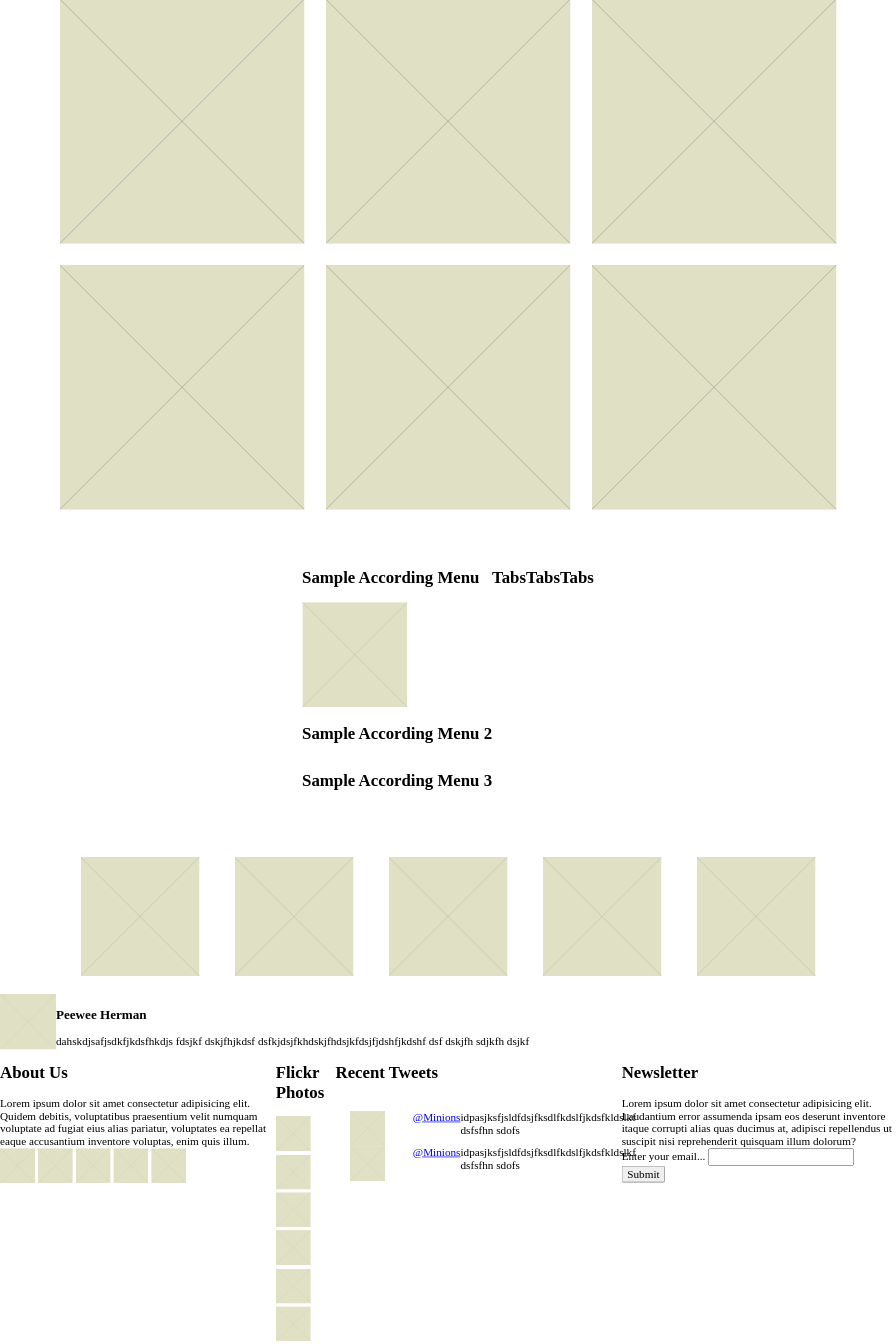
Repository: ReallyNguyen/responsive-web
Page: index.html
An editor plug-in stored every save of this project. The page is shown before and after the next save, followed by the edit.
The browser window is 1280 px wide. The pictures show the part of the page from y = 1046 to 2966 px (the page is 2966 px tall), at 70% of full size.

Above is the page before, as saved 2023-01-25 22:25:41.

### index.html
<!doctype html>
<html class="no-js" lang="">

<head>
  <meta charset="utf-8">
  <title></title>
  <meta name="description" content="">
  <meta name="viewport" content="width=device-width, initial-scale=1">

  <meta property="og:title" content="">
  <meta property="og:type" content="">
  <meta property="og:url" content="">
  <meta property="og:image" content="">

  <link rel="manifest" href="site.webmanifest">
  <link rel="apple-touch-icon" href="icon.png">
  <!-- Place favicon.ico in the root directory -->

  <link rel="stylesheet" href="css/normalize.css">
  <link rel="stylesheet" href="css/main.css">

  <meta name="theme-color" content="#fafafa">
</head>

<body>
  <header>
    <div class="nav-bar">
      <h1 class="company-name" >Metrolics</h1>
      <img class="logo" src="placeholder.svg" alt="company logo" width="50" height="50">
      <img class="accordian" src="placeholder.svg" alt="accordian here" width="50" height="50">

    </div>

    <div class="introduction">
      <h1> Hey guys! This is the Metrolics theme. It sports a responsive layout with a mobile layout.</h1>
    </div>


  </header>



  <article>

    <div class="Title">
      <h1>
        Things we do
      </h1>
      <p>
        ask what we do
      </p>
    </div>

    <main>

      <div class="Contents">
        <div class="Content">
          <img src="placeholder.svg" alt="" width="50" height="50">
          <div class="Description">
            <h4 class="topic">
              Web Solution
            </h4>
            <p> ajisdjsad</p>
          </div>
        </div>

        <div class="Content">
          <img src="placeholder.svg" alt="" width="50" height="50">
          <div class="Description">
            <h4 class="topic">
              Photography
            </h4>
            <p> ajisdjsad</p>
          </div>
        </div>

        <div class="Content">
          <img src="placeholder.svg" alt="" width="50" height="50">
          <div class="Description">
            <h4 class="topic">
              Web Development
            </h4>
            <p> ajisdjsad</p>
          </div>
        </div>

        <div class="Content">
          <img src="placeholder.svg" alt="" width="50" height="50">
          <div class="Description">
            <h4 class="topic">
              Web Design
            </h4>
            <p> ajisdjsad</p>
          </div>
        </div>



      </div>

      <div class="whats_up_lately">

        <div class="Title">
          <h1>
            What's up lately?
          </h1>
          <p>
            Read up on our latest work
          </p>
        </div>

        <div class="Boxes">
          <img class="Sample" src="placeholder.svg" alt="" width="360" height="360">
          <img class="Sample" src="placeholder.svg" alt="" width="360" height="360">
          <img class="Sample" src="placeholder.svg" alt="" width="360" height="360">
        </div>
      </div>

      <div class="our_latest_projects">

        <div class="Title">
          <h1>
            Our Latest Projects
          </h1>
          <p>
            Client happy? We are happy.
          </p>
        </div>

        <div class="Boxes">
          <img class="Sample" src="placeholder.svg" alt="">
          <img class="Sample" src="placeholder.svg" alt="">
          <img class="Sample" src="placeholder.svg" alt="">
          <img class="Sample" src="placeholder.svg" alt="">
          <img class="Sample" src="placeholder.svg" alt="">
          <img class="Sample" src="placeholder.svg" alt="">
        </div>
      </div>

      <div class="Bottom">
        <div class="Menu">
          <div class="Menu1">
            <h2>Sample According Menu</h2>
            <div class="Desc-Menu1"></div>
            <img src="placeholder.svg" alt="" width="150" height="150">
          </div>
          <h2>Sample According Menu 2</h2>
          <h2>Sample According Menu 3</h2>
        </div>
        <div class="Tabs">
          <h2>Tabs</h2>
          <h2>Tabs</h2>
          <h2>Tabs</h2>
        </div>
      </div>

      <div class="Companies">
        <img class="Companies-Logo" src="placeholder.svg" alt="">
        <img class="Companies-Logo" src="placeholder.svg" alt="">
        <img class="Companies-Logo" src="placeholder.svg" alt="">
        <img class="Companies-Logo" src="placeholder.svg" alt="">
        <img class="Companies-Logo" src="placeholder.svg" alt="">
      </div>


      <footer>

        <div class="founder">
          <img src="placeholder.svg" alt="" width="80" height="80">
          <div class="intro-text-box">
            <h3> Peewee Herman </h3>
            <p> dahskdjsafjsdkfjkdsfhkdjs fdsjkf dskjfhjkdsf dsfkjdsjfkhdskjfhdsjkfdsjfjdshfjkdshf dsf dskjfh sdjkfh dsjkf</p>
         </div>
        </div>



    <div class="footer-boxes">
      <div class="about-us">
        <h2> About Us</h2>
        <div class="about-us-box">
          <p> Lorem ipsum dolor sit amet consectetur adipisicing elit. Quidem debitis, voluptatibus praesentium velit numquam voluptate ad fugiat eius alias pariatur, voluptates ea repellat eaque accusantium inventore voluptas, enim quis illum.</p>
          <div class="media">
            <img class="social-media" src="placeholder.svg" alt="" width="50" height="50">
            <img class="social-media" src="placeholder.svg" alt="" width="50" height="50">
            <img class="social-media" src="placeholder.svg" alt="" width="50" height="50">
            <img class="social-media" src="placeholder.svg" alt="" width="50" height="50">
            <img class="social-media" src="placeholder.svg" alt="" width="50" height="50">
          </div>
        </div>
      </div>

      <div class="flickr-photos">
        <h2> Flickr Photos</h2>
        <div class="photos">
          <img class="flickr-box" src="placeholder.svg" alt="" width="50" height="50">
          <img class="flickr-box" src="placeholder.svg" alt="" width="50" height="50">
          <img class="flickr-box" src="placeholder.svg" alt="" width="50" height="50">
          <img class="flickr-box" src="placeholder.svg" alt="" width="50" height="50">
          <img class="flickr-box" src="placeholder.svg" alt="" width="50" height="50">
          <img class="flickr-box" src="placeholder.svg" alt="" width="50" height="50">
        </div>
      </div>

      <div class="recent-tweets">
        <h2> Recent Tweets </h2>


        <div class="twitter-box">

          <div class="social-box-contents">
          <img src="placeholder.svg" alt="" width="50" height="50">
          <div class="social-text-box">
            <a href="url"> @Minions </a>
            <p> idpasjksfjsldfdsjfksdlfkdslfjkdsfkldslkf dsfsfhn sdofs </p>
        </div>
         </div>

        <div class="social-box-contents">
          <img src="placeholder.svg" alt="" width="50" height="50">
          <div class="social-text-box">
            <a href="url"> @Minions </a>
            <p> idpasjksfjsldfdsjfksdlfkdslfjkdsfkldslkf dsfsfhn sdofs </p>
          </div>
        </div>

      </div>
      </div>

      <div class="newsletter">
        <h2> Newsletter </h2>
          <div class="newsletter-box">
            <p> Lorem ipsum dolor sit amet consectetur adipisicing elit. Laudantium error assumenda ipsam eos deserunt inventore itaque corrupti alias quas ducimus at, adipisci repellendus ut suscipit nisi reprehenderit quisquam illum dolorum?</p>
            <form action="">
              <label for="email">Enter your email...</label>
              <input type="email" id="email" name="email">
              <input type="submit" value="Submit">
            </form>
          </div>
      </div>
    </div>
    </footer>

    </main>



  </article>
</body>

</html>

### css/main.css
.nav-bar {
  display: flex;
  flex-direction: row;
  justify-content: center;
  margin: 50px;
}

.introduction {
  display: flex;
  justify-content: center;
}

.founder {
  display: flex;
  justify-content: row;

}

.footer-boxes {
  display: flex;
  justify-content: center;
  flex-direction: row;
}

.twitter-box {
  display: flex;
  justify-content: center;
  flex-direction: column;
  padding: 5%;

}



.social-text-box {
  display: flex;
  justify-content: center;
  padding-left: 40px;


}



.social-box-contents {
  display: flex;
  flex-direction: row;
}


article>div {
  margin: 15px;
}

.Title {
  display: flex;
  flex-direction: column;
  text-align: center;
  margin-top: 0;
}

main {
  display: flex;
  flex-direction: column;
  align-items: center;
}


.topic {
  margin: 0;
}

p {
  margin: 0px;
}

.Contents {
  display: flex;
  flex-direction: row;
}

.Content {
  display: flex;
  flex-direction: row;
  margin: 15px;
}

.Boxes {
  display: flex;
  display: flex;
  flex-wrap: wrap;
  justify-content: center;
}

.Sample {
  margin: 15px;
  width: 350px;
  height: 350px;
}

.Bottom {
  display: flex;
  flex-direction: row;
  margin: 50px;
}

.Menu {
  display: flex;
  flex-direction: column;
}

.Tabs {
  display: flex;
  flex-direction: row;
}

.Companies {
  display: flex;
  flex-direction: row;
}

.Companies-Logo {
  width: 170px;
  height: 170px;
  margin: 25px;
}

/* Small only */
@media screen and (max-width: 39.9375em) {
  header {
    display: flex;
    flex-direction: column;
    text-align: center;
    margin: 15px;
    font-size: 10px;
  }
}

/* Medium and up */
@media screen and (min-width: 40em) {
  h1 br {
    display: none;
  }

}

/* Medium only */
@media screen and (min-width: 40em) and (max-width: 63.9375em) {}

/* Large and up */
@media screen and (min-width: 64em) {}

/* Large only */
@media screen and (min-width: 64em) and (max-width: 74.9375em) {}

Loaded but not shown: css/normalize.css (library)

After the next save:
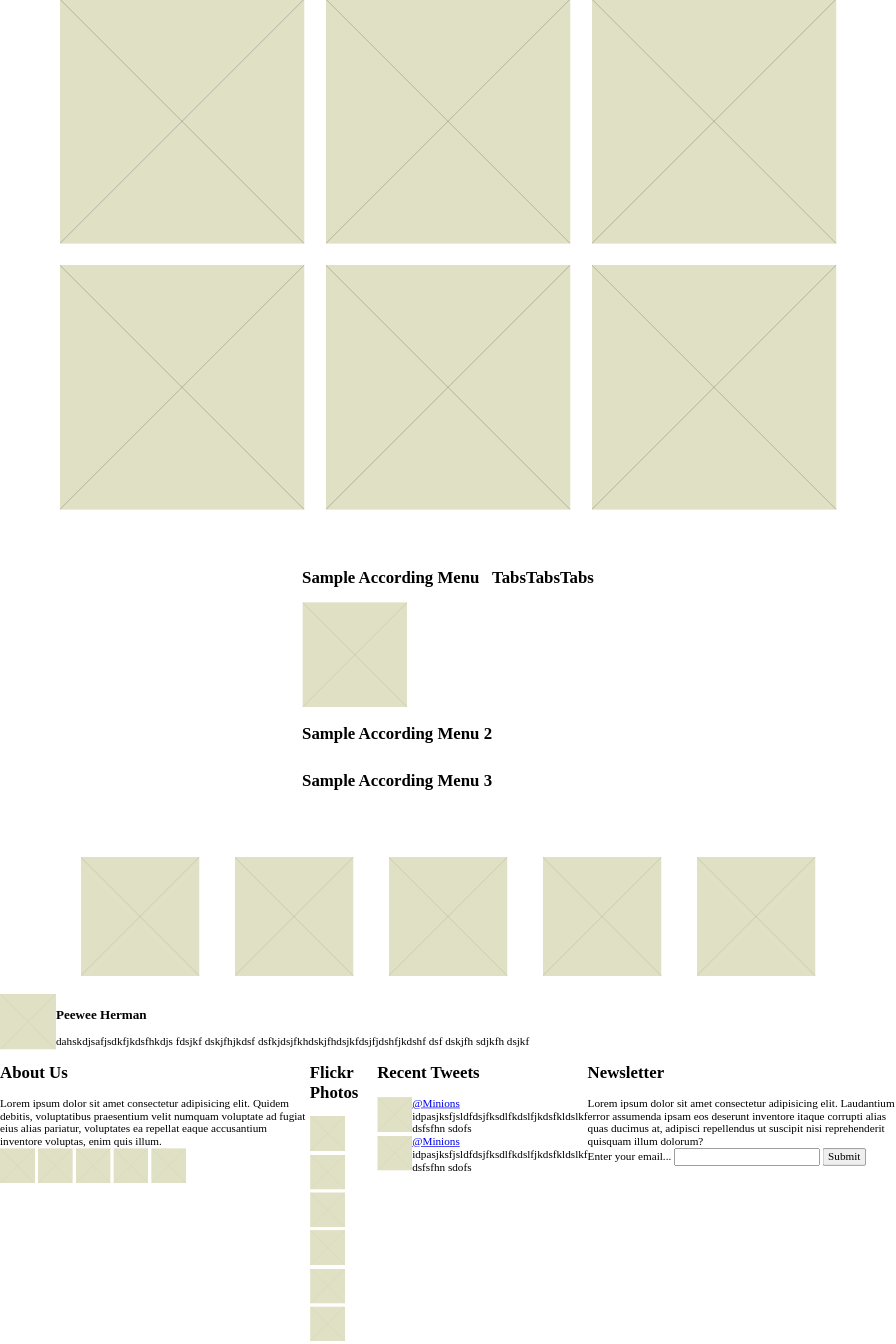
Saved 22 s later.
--- a/css/main.css
+++ b/css/main.css
@@ -22,23 +22,7 @@
   flex-direction: row;
 }
 
-.twitter-box {
-  display: flex;
-  justify-content: center;
-  flex-direction: column;
-  padding: 5%;
 
-}
-
-
-
-.social-text-box {
-  display: flex;
-  justify-content: center;
-  padding-left: 40px;
-
-
-}
 
 
 
